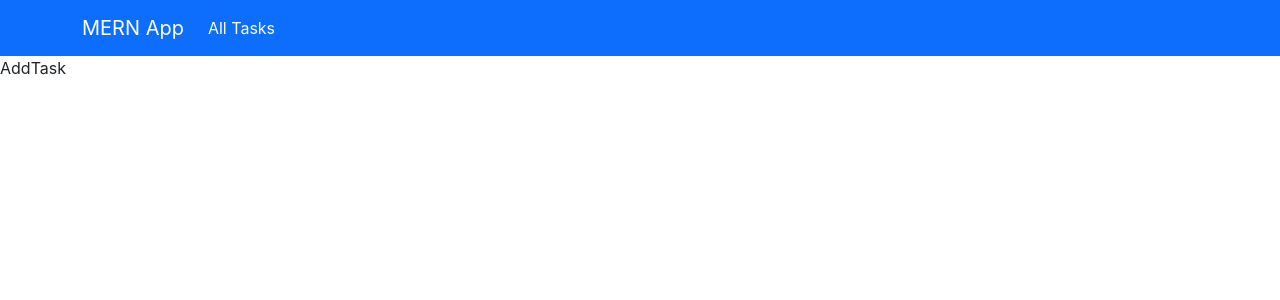
Repository: swathivanka444/MERN-CRUD
Page: /AddTask (app in frontend_crudapp_reactjs-master/)
An editor plug-in stored every save of this project. The page is shown before and after the next save, followed by the edit.
The browser window is 1280 px wide. The pictures show the whole page.
The project was rebuilt for these pictures with package versions that can differ from the ones it lists, and the page was loaded fresh each time. Also part of the build but not shown: frontend_crudapp_reactjs-master/src/App.css, frontend_crudapp_reactjs-master/src/component/AllTasks.js.

Above is the page before, as saved 2023-08-29 12:51:56.

### frontend_crudapp_reactjs-master/public/index.html
<!DOCTYPE html>
<html lang="en">
  <head>
    <meta charset="utf-8" />
    <link rel="icon" href="%PUBLIC_URL%/favicon.ico" />
    <meta name="viewport" content="width=device-width, initial-scale=1" />
    <meta name="theme-color" content="#000000" />
    <meta
      name="description"
      content="Web site created using create-react-app"
    />
    <link rel="apple-touch-icon" href="%PUBLIC_URL%/logo192.png" />
    <!--
      manifest.json provides metadata used when your web app is installed on a
      user's mobile device or desktop. See https://developers.google.com/web/fundamentals/web-app-manifest/
    -->
    <link rel="manifest" href="%PUBLIC_URL%/manifest.json" />
    <!--
      Notice the use of %PUBLIC_URL% in the tags above.
      It will be replaced with the URL of the `public` folder during the build.
      Only files inside the `public` folder can be referenced from the HTML.

      Unlike "/favicon.ico" or "favicon.ico", "%PUBLIC_URL%/favicon.ico" will
      work correctly both with client-side routing and a non-root public URL.
      Learn how to configure a non-root public URL by running `npm run build`.
    -->

    <title>MERN App</title>
    <link href="https://cdn.jsdelivr.net/npm/bootstrap@5.0.2/dist/css/bootstrap.min.css" rel="stylesheet" integrity="sha384-EVSTQN3/azprG1Anm3QDgpJLIm9Nao0Yz1ztcQTwFspd3yD65VohhpuuCOmLASjC" crossorigin="anonymous">
  </head>
  <body>
    <noscript>You need to enable JavaScript to run this app.</noscript>
    <div id="root"></div>
    <!--
      This HTML file is a template.
      If you open it directly in the browser, you will see an empty page.

      You can add webfonts, meta tags, or analytics to this file.
      The build step will place the bundled scripts into the <body> tag.

      To begin the development, run `npm start` or `yarn start`.
      To create a production bundle, use `npm run build` or `yarn build`.
    -->
    <script src="https://cdn.jsdelivr.net/npm/bootstrap@5.0.2/dist/js/bootstrap.bundle.min.js" integrity="sha384-MrcW6ZMFYlzcLA8Nl+NtUVF0sA7MsXsP1UyJoMp4YLEuNSfAP+JcXn/tWtIaxVXM" crossorigin="anonymous"></script>
  </body>
</html>

### frontend_crudapp_reactjs-master/src/App.js
  import './App.css';
  import {
    createBrowserRouter,
    RouterProvider,
    Routes,
    Route,
    Link,
    BrowserRouter,
  } from "react-router-dom";
import AllTasks from './component/AllTasks';
import Navbar from './component/Navbar';
import AddTask from './component/AddTask';

function App() {
  return (
 <>
<BrowserRouter>
<Navbar/>
<Routes>
    <Route path='/' element={<AllTasks/>}/>
    <Route path='/AddTask' element={<AddTask/>}/>
</Routes>
</BrowserRouter>
 </>
  );
}

export default App;

### frontend_crudapp_reactjs-master/src/component/Navbar.js
import React from "react";
export default function Navbar() {
    return (
        <nav className="navbar navbar-expand-lg navbar-light bg-primary">
            <div className="container">
                <a className="navbar-brand text-white" href="#">MERN App</a>
                <button className="navbar-toggler" type="button" data-bs-toggle="collapse" data-bs-target="#navbarSupportedContent" aria-controls="navbarSupportedContent" aria-expanded="false" aria-label="Toggle navigation">
                    <span className="navbar-toggler-icon"></span>
                </button>
                <div className="collapse navbar-collapse" id="navbarSupportedContent">
                    <ul className="navbar-nav me-auto mb-2 mb-lg-0">
                        <li className="nav-item">
                            <a className="nav-link text-white"  href="#">All Tasks</a>
                        </li>

                    </ul>

                </div>
            </div>
        </nav>
    )
}

### frontend_crudapp_reactjs-master/src/component/AddTask.js
import React from "react";
export default function AddTask()
{
    return(
        <div>AddTask</div>
    )
}

Loaded but not shown: frontend_crudapp_reactjs-master/src/index.js (common file); frontend_crudapp_reactjs-master/src/index.css (common file)

After the next save:
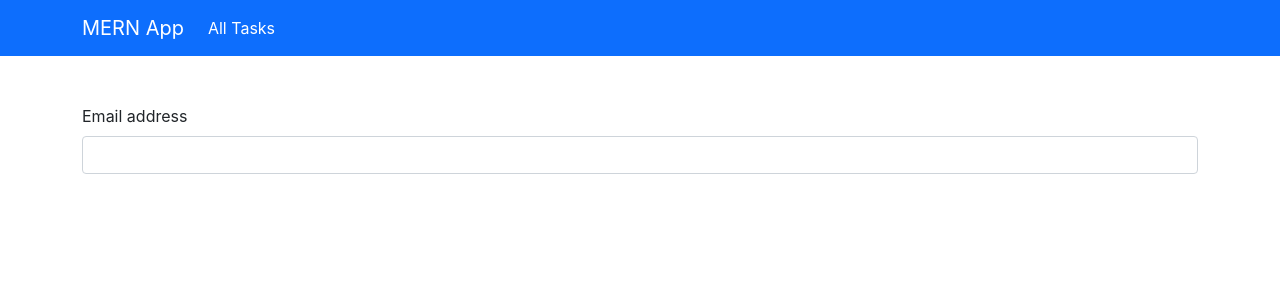
Saved 4 min 9 s later.
--- a/frontend_crudapp_reactjs-master/src/component/AddTask.js
+++ b/frontend_crudapp_reactjs-master/src/component/AddTask.js
@@ -2,6 +2,14 @@
 export default function AddTask()
 {
     return(
-        <div>AddTask</div>
+        <div className="container mt-5">
+            <form>
+            <div class="mb-3">
+    <label for="exampleInputEmail1" class="form-label">Email address</label>
+    <input type="email" class="form-control" id="exampleInputEmail1" aria-describedby="emailHelp"/>
+
+  </div>
+            </form>
+        </div>
     )
 }
